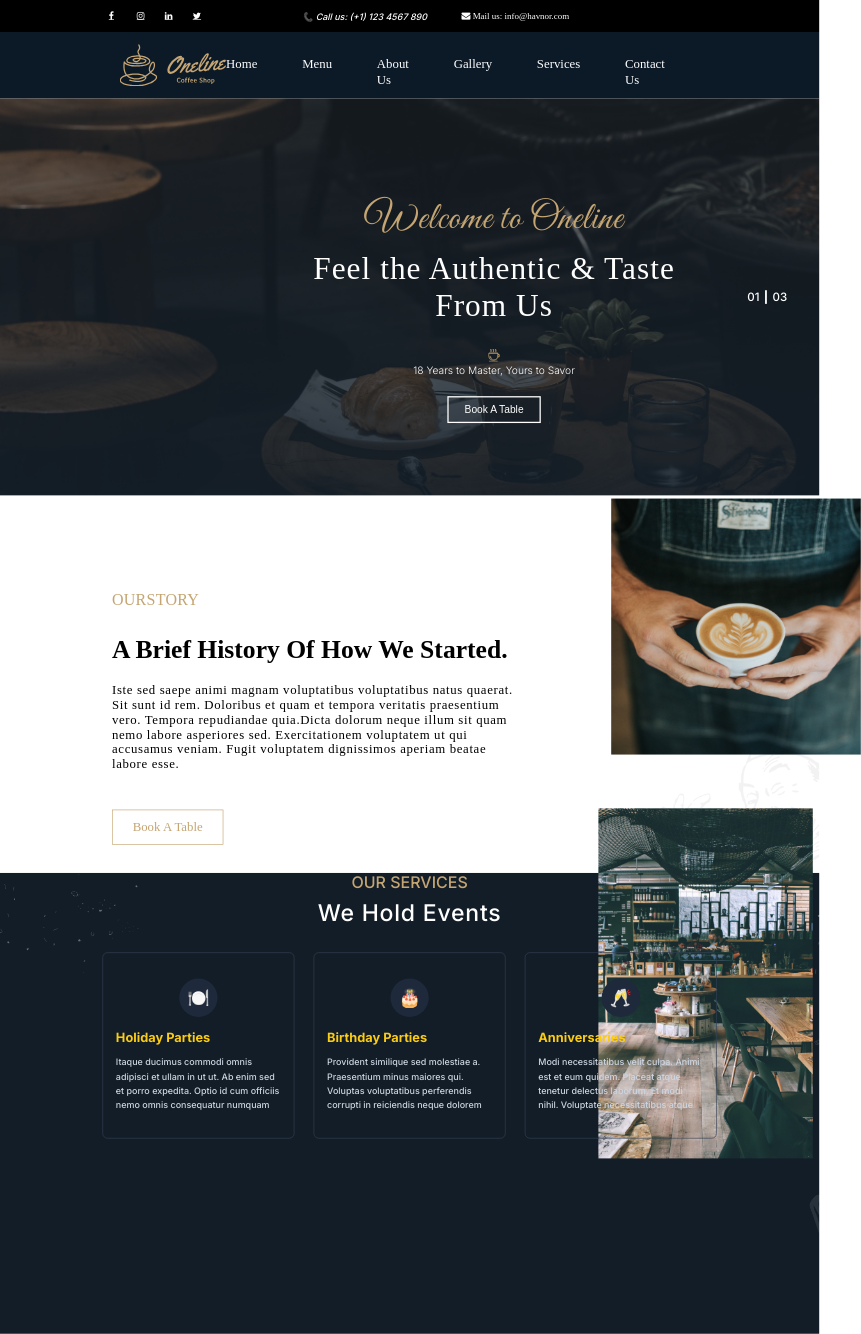
Repository: abhayzulasana/Online-Coffee-Shop
Page: index.html
The author's editor kept a copy of each file at every save. The page is drawn from the files as they stood at one save, then again after the next save.
The browser window is 1280 px wide. The page is 1345 px wide, so the pictures cover 1345 px, including what lies to the right of the window. The pictures show the whole page, at 64% of full size.

Above is the page before, as saved 2025-05-21 17:12:16.

### index.html
<!DOCTYPE html>
<html lang="en">
<head>
  <meta charset="UTF-8" />
  <meta name="viewport" content="width=device-width, initial-scale=1.0" />
  <title>Oneline Coffee Shop</title>
  <link rel="stylesheet" href="style.css" />
  <link rel="stylesheet" href="https://cdnjs.cloudflare.com/ajax/libs/font-awesome/4.7.0/css/font-awesome.min.css">

  <link rel="preconnect" href="https://fonts.googleapis.com" />
  <link rel="preconnect" href="https://fonts.gstatic.com" crossorigin />
  <link href="https://fonts.googleapis.com/css2?family=Great+Vibes&family=Inter:wght@300;500;700&display=swap" rel="stylesheet">
</head>
<body>
  <header class="top-bar">
    <div class="social-icons">
      <a href="#" class="fa fa-facebook"></a>
      <a href="#" class="fa fa-instagram"></a>
      <a href="#" class="fa fa-linkedin"></a>
      <a href="#" class="fa fa-twitter"></a>

    </div>
    <div class="contact-info">
      <i class="call"> 📞   Call us: (+1) 123 4567 890</i>
      <i class="fa fa-envelope">    Mail us: info@havnor.com</i>

    </div>
  </header>

  <nav class="navbar">
    <div class="logo">
      <img src="img/cafelogo.svg">
      <!-- <span>☕</span>
      <span class="logo-text">Oneline <small>Coffee Shop</small></span> -->
    </div>
    <ul class="nav-links">
      <li>Home</li>
      <li>Menu</li>
      <li>About Us</li>
      <li>Gallery</li>
      <li>Services</li>
      <li>Contact Us</li>
    </ul>
  </nav>

  <section class="hero">
    <div class="hero-content">
  <center>
      <h2>Welcome to Oneline</h2>
      <h1>Feel the Authentic & Taste From Us</h1>
      <img src="img/cafe.svg">

      <!-- <div class="divider">☕</div> -->
      <p>18 Years to Master, Yours to Savor</p>
      <button>Book A Table</button>
    </div>
  </center>
    <div class="scroll-number">
      <span>01</span>
      <span>┃</span>
      <span>03</span>
    </div>
  </section >

   <div class="over-story">
    <div class="over-story-content">
        <h1>ourstory</h1>
        <h2>A Brief History Of How We Started.</h2>
        <p>Iste sed saepe animi magnam voluptatibus voluptatibus natus quaerat. Sit sunt id rem. Doloribus et quam et tempora veritatis praesentium vero. Tempora repudiandae quia.Dicta dolorum neque illum sit quam nemo labore asperiores sed. Exercitationem voluptatem ut qui accusamus veniam. Fugit voluptatem dignissimos aperiam beatae labore esse.</p>
        <button>Book A Table</button>
    </div>
    <div class="our-img">
        <img  class="img1" src="img/ourstory1.png">
        <img class="img2" src="img/ourstory2.png">

      </div>
   </div>
   <div class="our-services">
      <div class="text-content">
        <p class="section-title" align="center">OUR SERVICES</p>
        <h1 align="center">We Hold Events</h1>
      </div>

      <div class="cards-container">
        <div class="card">
          <div class="icon-circle">🍽️</div>
          <h3>Holiday Parties</h3>
          <p>
            Itaque ducimus commodi omnis adipisci et ullam in ut ut. Ab enim sed
            et porro expedita. Optio id cum officiis nemo omnis consequatur numquam
          </p>
        </div>
        <div class="card">
          <div class="icon-circle">🎂</div>
          <h3>Birthday Parties</h3>
          <p>
            Provident similique sed molestiae a. Praesentium minus maiores qui.
            Voluptas voluptatibus perferendis corrupti in reiciendis neque dolorem
          </p>
        </div>
        <div class="card">
          <div class="icon-circle">🥂</div>
          <h3>Anniversaries</h3>
          <p>
            Modi necessitatibus velit culpa. Animi est et eum quidem. Placeat atque
            tenetur delectus laborum. Et modi nihil. Voluptate necessitatibus atque
          </p>
        </div>
      </div>

   </div>
</body>
</html>

### style.css
/* Reset & Base */
* {
    margin: 0;
    padding: 0px;
    box-sizing: border-box;
  }

  body {
    font-family: 'Inter', sans-serif;
    color: white;
    /* margin-left:90px; */
    height: 100vh;
  }
  html {
    scroll-behavior: smooth;
    /*Adds smooth scrolling instead of snapping to element*/
  }

  /* Top Bar */
  .top-bar {
    top: 0px;
    width: 100%;
    height: 50px;
    background-color: #000;
    color: white;
    display: flex;
    justify-content: space-between;
    padding: 10px 30px;
    font-size: 14px;

  }

  .social-icons a {
    margin-top:7px;
    width:40px;
    height: 17px;

    /* margin-right: 10px; */
    color: white;
    /* margin-left: 0px; */
    /* gap: 10px; */
  }
  .fa-facebook{
    margin-left: 140px;
  }
  .contact-info{
      display: flex;
      gap: 40px;
      margin-right: 320px;
      font-family: 'Inter', sans-serif;

      align-items: center;

  }
  .call{
      /* gap: 70px; */
      font-family: 'Inter', sans-serif;

      /* font: normal normal medium 16px/19px Montserrat; */
      width: 209px;
  }
  .fa-envelope{
    width: 209px;
    font-family: 'Inter', sans-serif;

  }

  /* Navbar */
  .navbar {
    top: 47px;
    margin-left: 0px;
    width: 100%;
    height: 104px;
    background-color: #0c1a28;
    display: flex;
    justify-content: space-between;
    text-align: left;
    /* align-items: center; */
    padding: 15px 50px;
  }

  .logo {
    display: flex;
    align-items: center;
    font-size: 70px;
    /* color: #C5A572; */
  }
.logo img{
  margin-left: 137px;
}
  /* .logo span{
    margin-left: 50px;
    color: #C5A572;
  } */
  .logo-text {
    top: 81px;
    width: 92px;
    height: px;
    color: #C5A572;
    font-family: 'Great Vibes', cursive;
    margin-left: 210px;
    font-size: 45px;
  }

  .logo-text small {
    display: block;
    font-size: 12px;
    font-family: 'Inter', sans-serif;
  }

  .nav-links {
    /* margin-left: 57px; */
    margin-right: 290px;
    margin-top: 23px;
    height: 24px;
    list-style: none;
    display: flex;
    gap: 70px;
    /* text-align: left; */
    font: normal normal normal 20px/24px Montserrat;
    color: #FFFFFF;
    opacity: 1;
  }

  .nav-links li {
    cursor: pointer;
  }

  /* Hero Section */
  .hero {
    top: 151px;
    left: 0px;
    width: 100%;
    height: 100px;
    display: flex;
    justify-content: space-between;
    align-items: center;
    height: calc(100vh - 100px);
    padding: 0 50px;
    background: url('img/bgcafe.png');
  background-repeat: no-repeat;
  background-size: cover;
  background-position: center;
  }

  .hero-content {
    top: 398px;
    margin-left: 427px;
    width: 857px;
    height: 317px;
    max-width: 50%;
  }

  .hero-content h2 {
    /* text-align: left; */
    font: normal normal normal 60px/75px Great Vibes;
    letter-spacing: 1.2px;
    color: #C5A572;

  }

  .hero-content h1 {
    font: normal normal normal ;
    font-family:Bellefair;
    font-size: 49px;
    letter-spacing: 1.6px;

    /* margin-bottom: 20px; */
  }

  .divider {
    font-size: 20px;
    color: #d4af37;
    margin-bottom: 10px;
  }

  .hero-content p {
    margin-bottom: 30px;
    font-weight: 300;
  }

  .hero-content button {
    padding: 10px 25px;
    font-size: 16px;
    background-color: transparent;
    border: 2px solid white;
    color: white;
    cursor: pointer;
    transition: 0.3s;
  }

  .hero-content button:hover {
    background-color: white;
    color: #000;
  }

  .scroll-number {
    text-align: center;
    font-size: 18px;
    line-height: 1.8;
  }
/* over story */
.over-story{
  height: 82vh;
  width: 100%;
  color: #000;
  display: flex;
  background: url('img/ourstorybg2.png') right bottom no-repeat;
  /* background-repeat: no-repeat; */
  /* background-size: cover; */
  /* background-position: center; */

}
.over-story-content h1{
      display: flex;
  font-size: 25px;
  margin-left: 175px;
  margin-top: 150px;
  width: 133px;
  height: 27px;
  text-align: left;
  font-family:'Montserrat';
  letter-spacing: 0.38px;
  color: #C5A572;
  text-transform: uppercase;
}
.over-story-content h2{
    font-family: 'Bellefair';
    font-size: 40px;
    margin-left: 175px;
    margin-top: 25px;
    width: 700px;
    height: 51px;
    text-transform: capitalize;
opacity: 1;
}
.over-story-content p{
  font-family: 'Montserrat';
  font-size: 20px;
  margin-left: 175px;
  margin-top: 25px;
  width: 632px;
  /* height: 51px; */
  letter-spacing: 1px;
}

.over-story-content button{
  margin-top: 60px;
  margin-left: 175px;
  font-family:'Montserrat';
  font-size: 20px;
  background-color: transparent;
  color: #C5A572;
  cursor: pointer;
  transition: 0.3s;
  border: 1px solid #C5A572;
  width: 174px;
  height: 55px;
}
.over-story-content button:hover {
  background-color: white;
  color: #421f1f;
}
/* .our-img{
  height:700px;
} */
.img1{
  margin-top: 5px;
  margin-left: 80px;
  width: 390px;
  height: 400px;
}
.img2{
  margin-top: 80px;
  margin-left: 60px;
  /* width: 335px;
  height: 547px; */
}

/* our services */
.our-services{
  height: 100vh;
  background: url('img/ourserviceimg.png');
  /* background-repeat: no-repeat; */
  background-size: cover;
  background-position: center;
}

.section-title{
  color:#C5A572;
  font-size: 25px;
}
h1{
  font-size: 36px;
  font-weight: 500;
  margin: 10px 0 40px;
  letter-spacing: 1.2px;
}

.cards-container {
  display: flex;
  flex-wrap: wrap;
  justify-content: center;
  gap: 30px;
}

.card {
  background-color: transparent;
  border: 1px solid #334155;
  border-radius: 8px;
  padding: 40px 20px;
  width: 300px;
  color: #cbd5e1;
}

.card h3 {
  font-size: 20px;
  color: #facc15; /* Warm gold/yellow */
  margin: 20px 0 15px;
}

.card p {
  font-size: 14px;
  line-height: 1.6;
}

.icon-circle {
  background-color: #1e293b;
  color: #facc15;
  width: 60px;
  height: 60px;
  margin: 0 auto;
  border-radius: 50%;
  font-size: 28px;
  display: flex;
  align-items: center;
  justify-content: center;
}

After the next save:
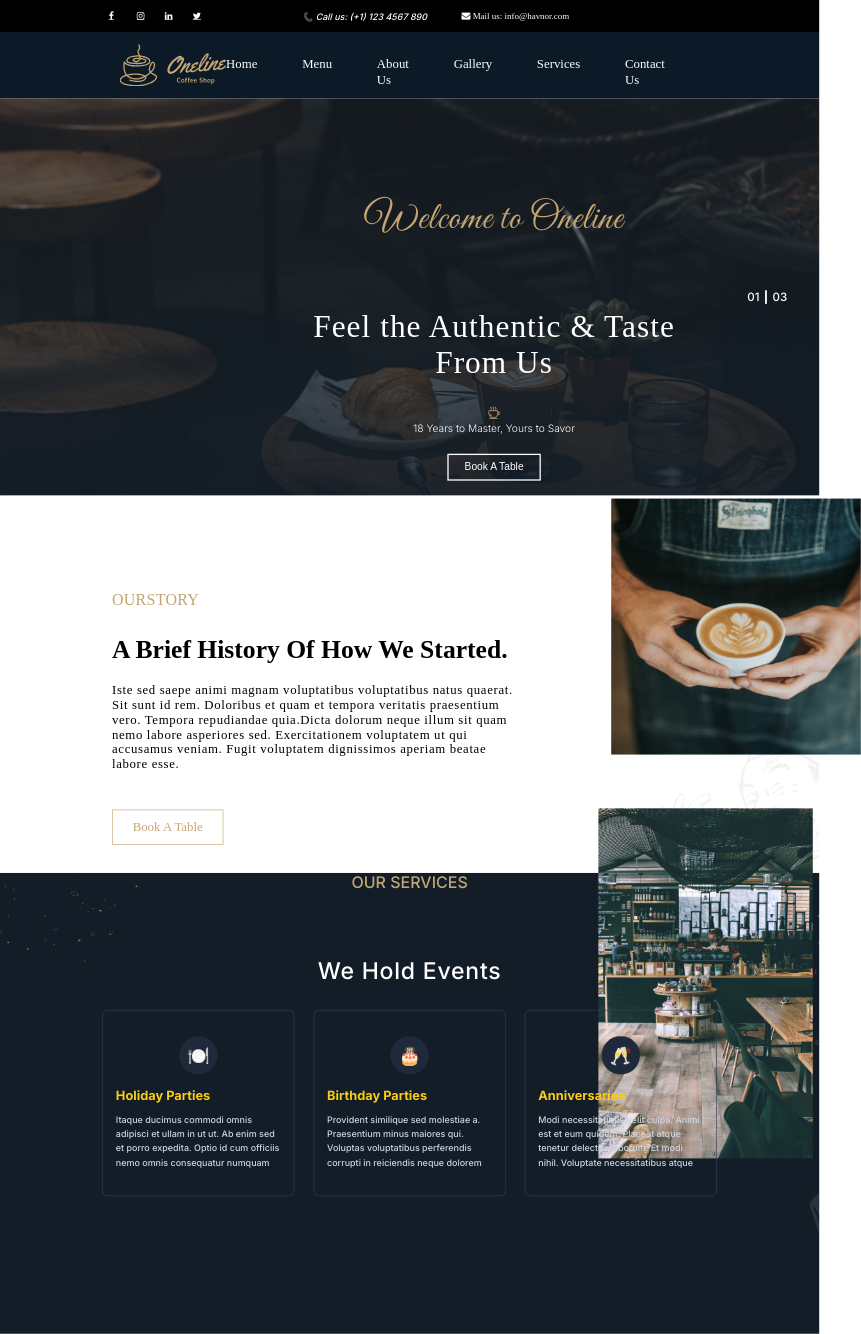
Saved 22 s later.
--- a/style.css
+++ b/style.css
@@ -293,7 +293,7 @@
 h1{
   font-size: 36px;
   font-weight: 500;
-  margin: 10px 0 40px;
+  margin: 100px 0 40px;
   letter-spacing: 1.2px;
 }
 

After the save that followed:
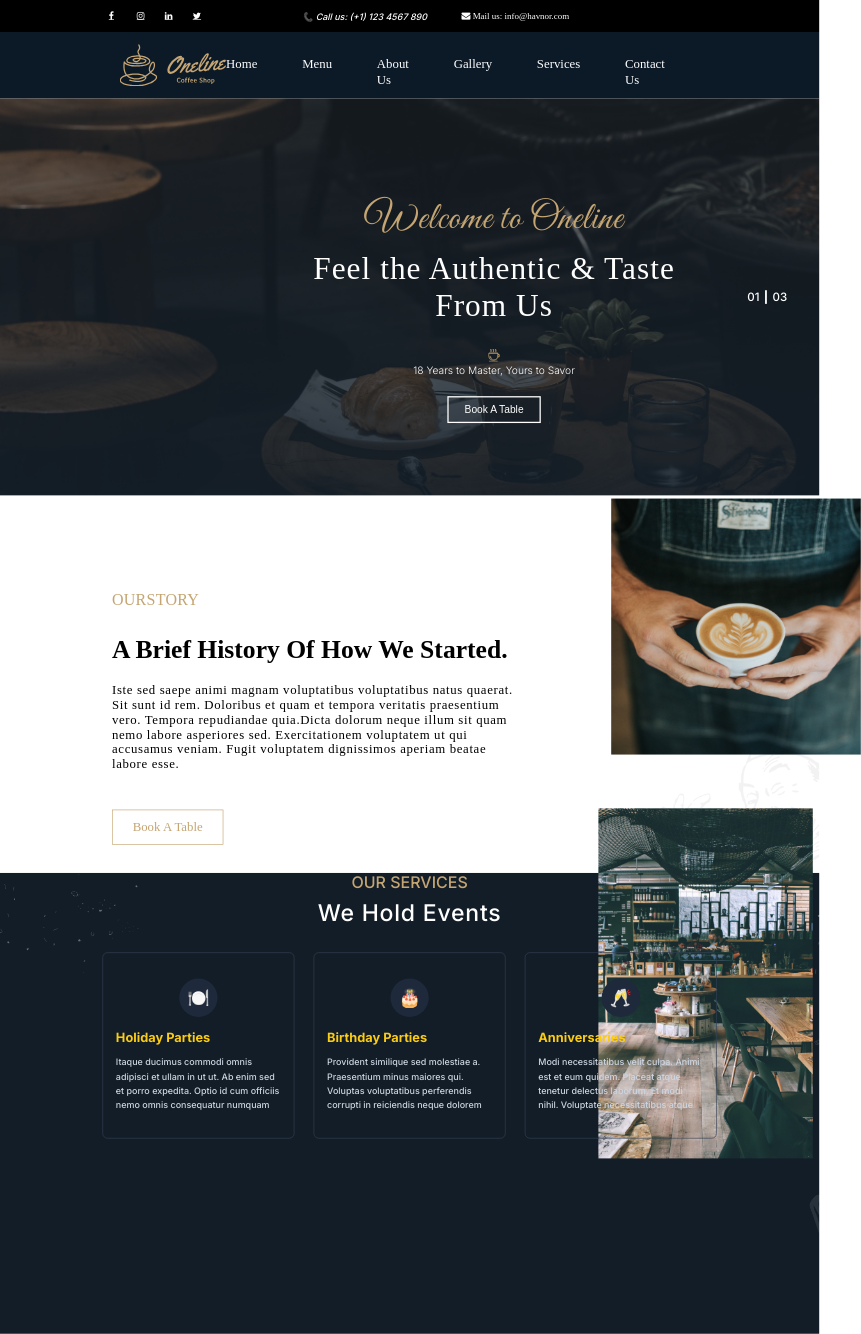
Saved 58 s later.
--- a/style.css
+++ b/style.css
@@ -291,9 +291,9 @@
   font-size: 25px;
 }
 h1{
-  font-size: 36px;
+    font-size: 36px;
   font-weight: 500;
-  margin: 100px 0 40px;
+  margin: 10px 0 40px;
   letter-spacing: 1.2px;
 }
 
